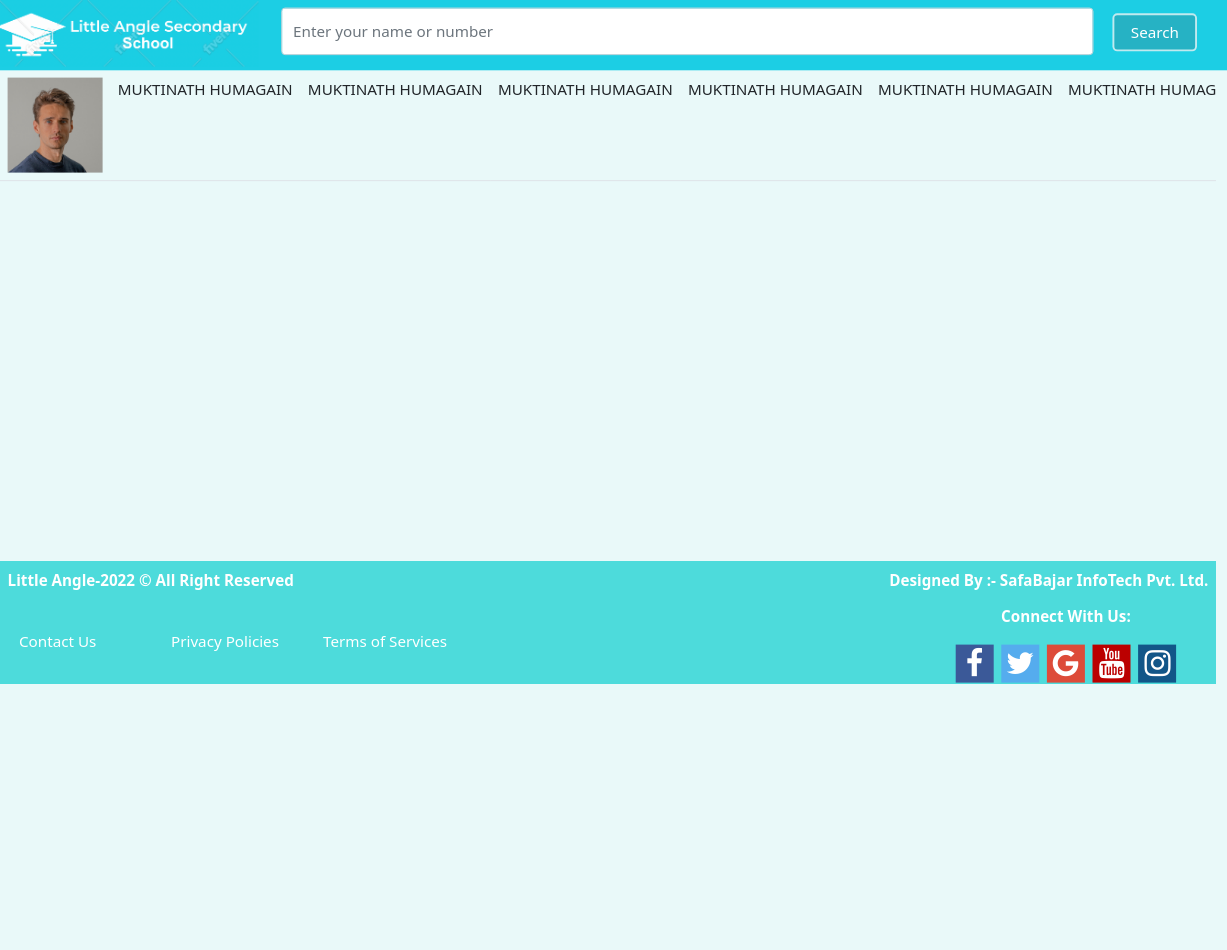
Repository: Sjuicyy/School-Project
Page: profilesview.html
These files come from the project's save history. The page is drawn as it stood at one moment and after the next save; the edit follows.
The browser window is 1280 px wide. The page is 1292 px wide, so the pictures cover 1292 px, including what lies to the right of the window. The pictures show the whole page, at 95% of full size.

Above is the page before, as saved 2022-09-22 11:32:24.

After the next save:
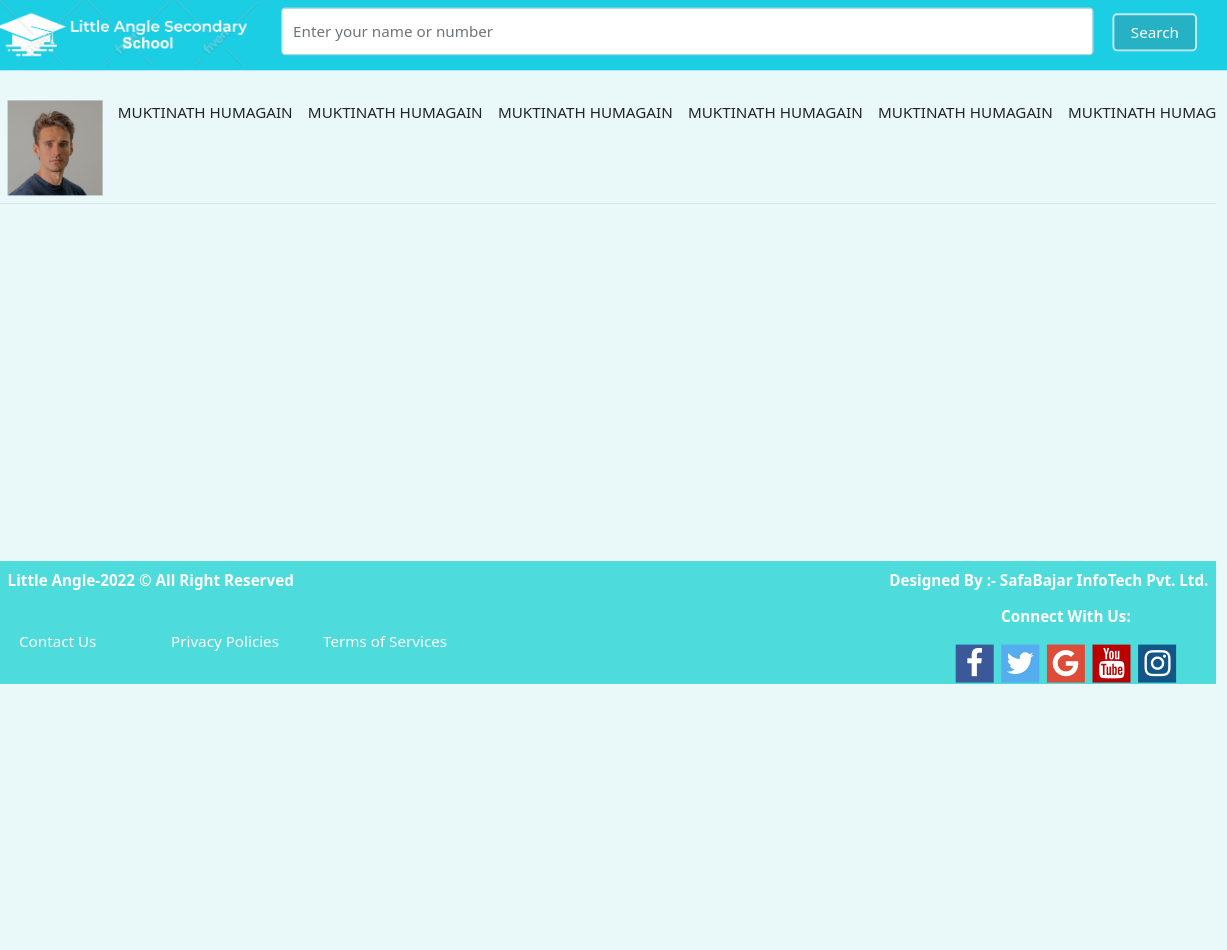
Saved 35 s later.
--- a/profilesview.html
+++ b/profilesview.html
@@ -240,7 +240,7 @@
                     <td>
                         <img src="./profile pic.jpg" width="100px" alt="">
                     </td>
-                    <td>MUKTINATH HUMAGAIN</td>
+                    <td>MUKTINATH HUMAGAIN</td> <br>
                     <td>MUKTINATH HUMAGAIN</td>
                     <td>MUKTINATH HUMAGAIN</td>
                     <td>MUKTINATH HUMAGAIN</td>

After the save that followed:
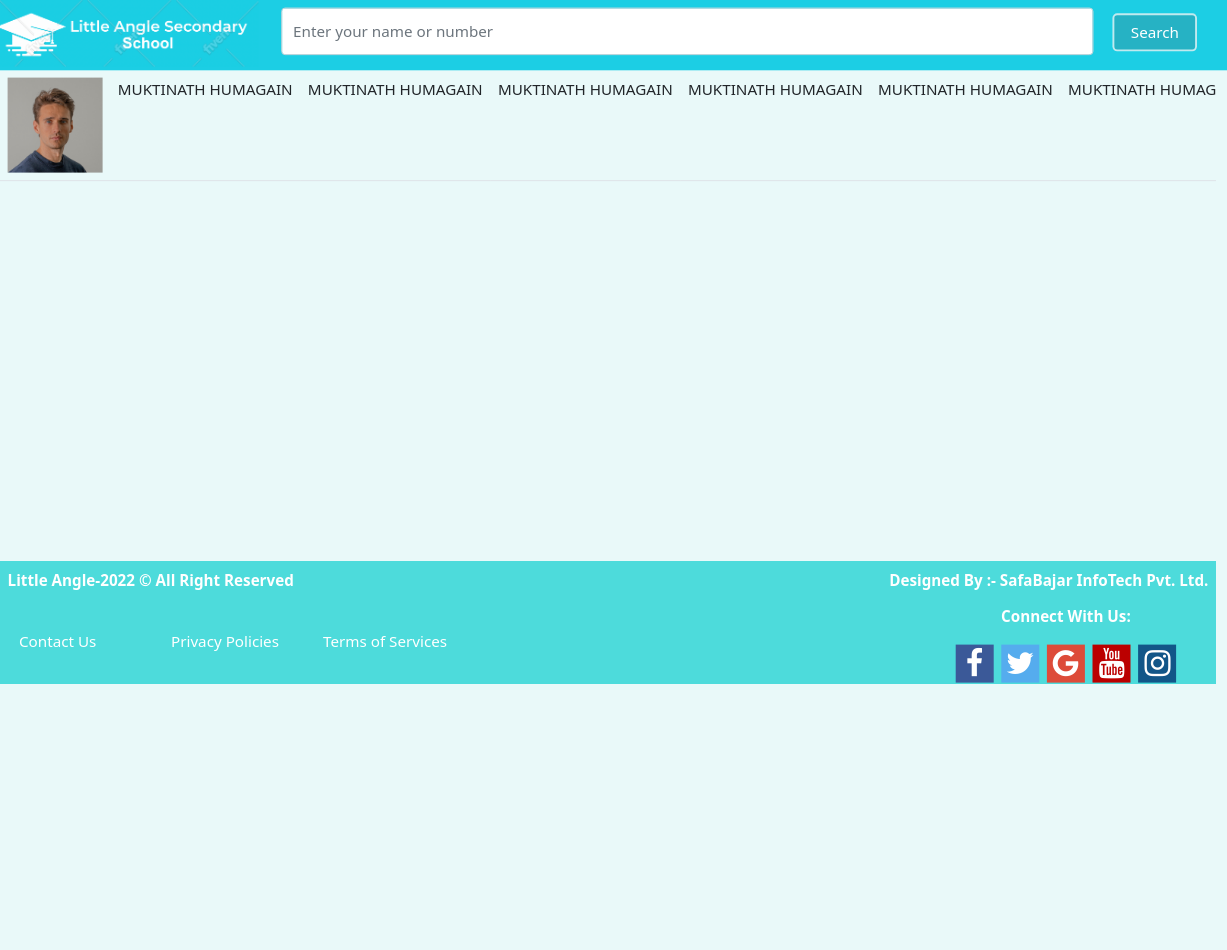
Saved 7 s later.
--- a/profilesview.html
+++ b/profilesview.html
@@ -240,7 +240,7 @@
                     <td>
                         <img src="./profile pic.jpg" width="100px" alt="">
                     </td>
-                    <td>MUKTINATH HUMAGAIN</td> <br>
+                    <td>MUKTINATH HUMAGAIN</td>
                     <td>MUKTINATH HUMAGAIN</td>
                     <td>MUKTINATH HUMAGAIN</td>
                     <td>MUKTINATH HUMAGAIN</td>
